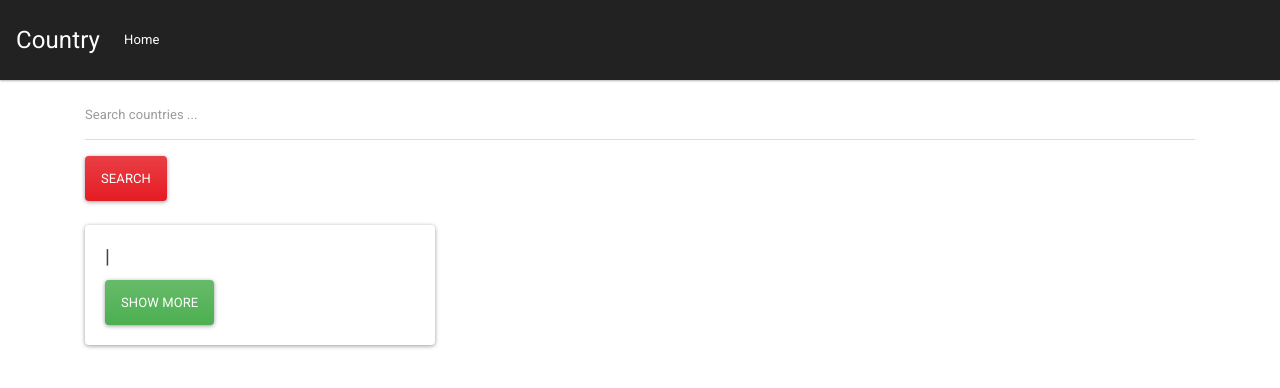
Repository: abdelhak-f/Countries_React
Page: / (app in client/)
The author's editor kept a copy of each file at every save. The page is drawn from the files as they stood at one save, then again after the next save.
The browser window is 1280 px wide. The pictures show the whole page.
The page's requests for data from a server got no answer. The project was rebuilt for these pictures with package versions that can differ from the ones it lists, and the page was loaded fresh each time. No one was signed in, and anything a server would have sent is missing. Also part of the build but not shown: client/src/components/countrys/ProfilCountry.jsx.

Above is the page before, as saved 2021-05-09 14:19:00.

After the next save:
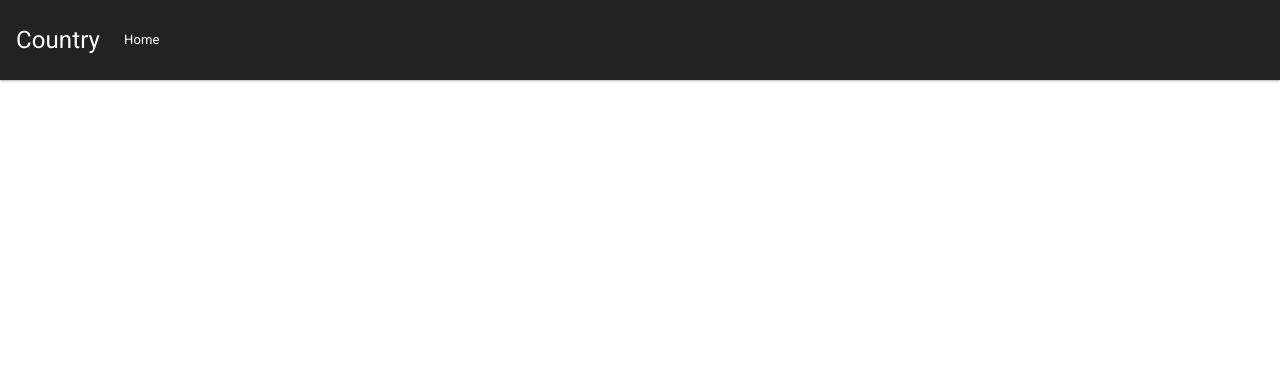
Saved 8 s later.
--- a/client/src/App.js
+++ b/client/src/App.js
@@ -15,7 +15,7 @@ function App() {
         <Switch>
           <Route path="/AllCountries" components={Countries} />
         </Switch>
-             <Countries />
+             {/* <Countries /> */}
       </div>
 
     </div>
